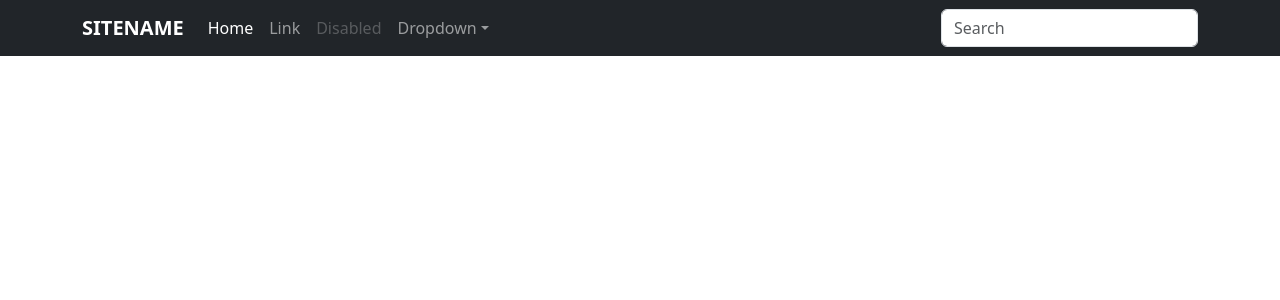
Repository: AcoGlezRojo/AcoGlezRojo.github.io
Page: docs/index.html
The author's editor kept a copy of each file at every save. The page is drawn from the files as they stood at one save, then again after the next save.
The browser window is 1280 px wide. The pictures show the whole page.

Above is the page before, as saved 2023-06-28 21:23:10.

### docs/index.html
<!DOCTYPE html>
<html lang="es">

<head>
    <meta charset="UTF-8">
    <meta name="viewport" content="width=device-width, initial-scale=1.0">
    <title>Portfolio | Acoidán González</title>

    <!-- bootstrap -->
    <link href="css/bootstrap.min.css" rel="stylesheet">
    <!-- Custom styles for this template -->
    <link href="https://fonts.googleapis.com/css?family=Playfair&#43;Display:700,900&amp;display=swap" rel="stylesheet">
    <!-- Custom styles for this template -->
    <link href="css/styles.css" rel="stylesheet">
</head>

<body>

    <nav class="navbar navbar-expand-lg navbar-dark bg-dark fixed-top" aria-label="Fifth navbar example">
        <div class="container">
            <a class="navbar-brand text-uppercase fw-bold" href="#">Sitename</a>
            <button class="navbar-toggler" type="button" data-bs-toggle="collapse" data-bs-target="#navbarsExample05"
                aria-controls="navbarsExample05" aria-expanded="false" aria-label="Toggle navigation">
                <span class="navbar-toggler-icon"></span>
            </button>

            <div class="collapse navbar-collapse" id="navbarsExample05">
                <ul class="navbar-nav me-auto mb-2 mb-lg-0">
                    <li class="nav-item">
                        <a class="nav-link active" aria-current="page" href="#">Home</a>
                    </li>
                    <li class="nav-item">
                        <a class="nav-link" href="#">Link</a>
                    </li>
                    <li class="nav-item">
                        <a class="nav-link disabled">Disabled</a>
                    </li>
                    <li class="nav-item dropdown">
                        <a class="nav-link dropdown-toggle" href="#" data-bs-toggle="dropdown"
                            aria-expanded="false">Dropdown</a>
                        <ul class="dropdown-menu">
                            <li><a class="dropdown-item" href="#">Action</a></li>
                            <li><a class="dropdown-item" href="#">Another action</a></li>
                            <li><a class="dropdown-item" href="#">Something else here</a></li>
                        </ul>
                    </li>
                </ul>
                <form role="search">
                    <input class="form-control" type="search" placeholder="Search" aria-label="Search">
                </form>
            </div>
        </div>
    </nav>

    <!-- bootstrap -->
    <script src="js/bootstrap.bundle.min.js"></script>
    <script src="js/color-modes.js"></script>
</body>

</html>

### docs/js/color-modes.js
/*!
 * Color mode toggler for Bootstrap's docs (https://getbootstrap.com/)
 * Copyright 2011-2023 The Bootstrap Authors
 * Licensed under the Creative Commons Attribution 3.0 Unported License.
 */

(() => {
  'use strict'

  const getStoredTheme = () => localStorage.getItem('theme')
  const setStoredTheme = theme => localStorage.setItem('theme', theme)

  const getPreferredTheme = () => {
    const storedTheme = getStoredTheme()
    if (storedTheme) {
      return storedTheme
    }

    return window.matchMedia('(prefers-color-scheme: dark)').matches ? 'dark' : 'light'
  }

  const setTheme = theme => {
    if (theme === 'auto' && window.matchMedia('(prefers-color-scheme: dark)').matches) {
      document.documentElement.setAttribute('data-bs-theme', 'dark')
    } else {
      document.documentElement.setAttribute('data-bs-theme', theme)
    }
  }

  setTheme(getPreferredTheme())

  const showActiveTheme = (theme, focus = false) => {
    const themeSwitcher = document.querySelector('#bd-theme')

    if (!themeSwitcher) {
      return
    }

    const themeSwitcherText = document.querySelector('#bd-theme-text')
    const activeThemeIcon = document.querySelector('.theme-icon-active use')
    const btnToActive = document.querySelector(`[data-bs-theme-value="${theme}"]`)
    const svgOfActiveBtn = btnToActive.querySelector('svg use').getAttribute('href')

    document.querySelectorAll('[data-bs-theme-value]').forEach(element => {
      element.classList.remove('active')
      element.setAttribute('aria-pressed', 'false')
    })

    btnToActive.classList.add('active')
    btnToActive.setAttribute('aria-pressed', 'true')
    activeThemeIcon.setAttribute('href', svgOfActiveBtn)
    const themeSwitcherLabel = `${themeSwitcherText.textContent} (${btnToActive.dataset.bsThemeValue})`
    themeSwitcher.setAttribute('aria-label', themeSwitcherLabel)

    if (focus) {
      themeSwitcher.focus()
    }
  }

  window.matchMedia('(prefers-color-scheme: dark)').addEventListener('change', () => {
    const storedTheme = getStoredTheme()
    if (storedTheme !== 'light' && storedTheme !== 'dark') {
      setTheme(getPreferredTheme())
    }
  })

  window.addEventListener('DOMContentLoaded', () => {
    showActiveTheme(getPreferredTheme())

    document.querySelectorAll('[data-bs-theme-value]')
      .forEach(toggle => {
        toggle.addEventListener('click', () => {
          const theme = toggle.getAttribute('data-bs-theme-value')
          setStoredTheme(theme)
          setTheme(theme)
          showActiveTheme(theme, true)
        })
      })
  })
})()

Loaded but not shown: docs/css/bootstrap.min.css (library); docs/js/bootstrap.bundle.min.js (library); docs/css/styles.css (no stored copy; drawn as an empty file)

After the next save:
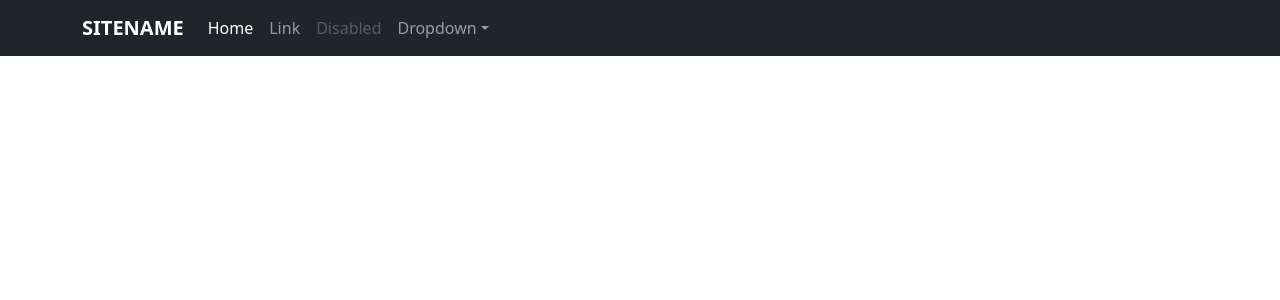
Saved 23 s later.
--- a/docs/index.html
+++ b/docs/index.html
@@ -45,9 +45,7 @@
                         </ul>
                     </li>
                 </ul>
-                <form role="search">
-                    <input class="form-control" type="search" placeholder="Search" aria-label="Search">
-                </form>
+
             </div>
         </div>
     </nav>
